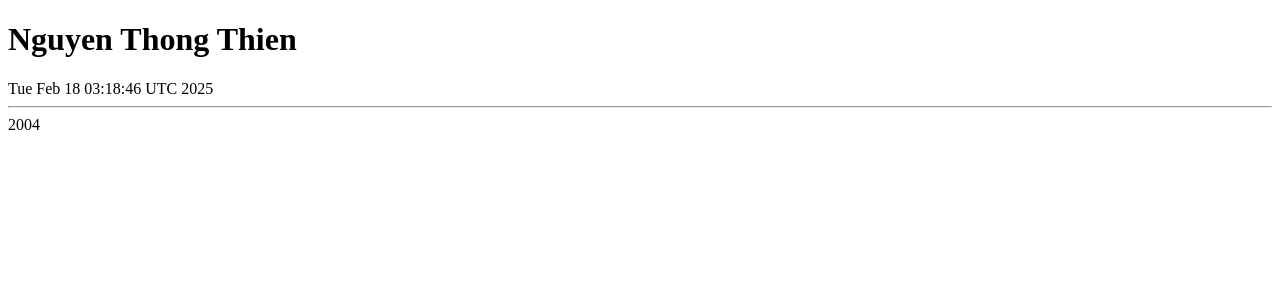
Repository: ThongThien/64132265_Web2
Page: http://localhost/HelloJSP/Index.jsp
These files come from the project's save history. The page is drawn as it stood at one moment and after the next save; the edit follows.
The browser window is 1280 px wide. The pictures show the whole page.
The page is served by Tomcat 9.

Above is the page before, as saved 2025-02-18 10:16:34.

After the next save:
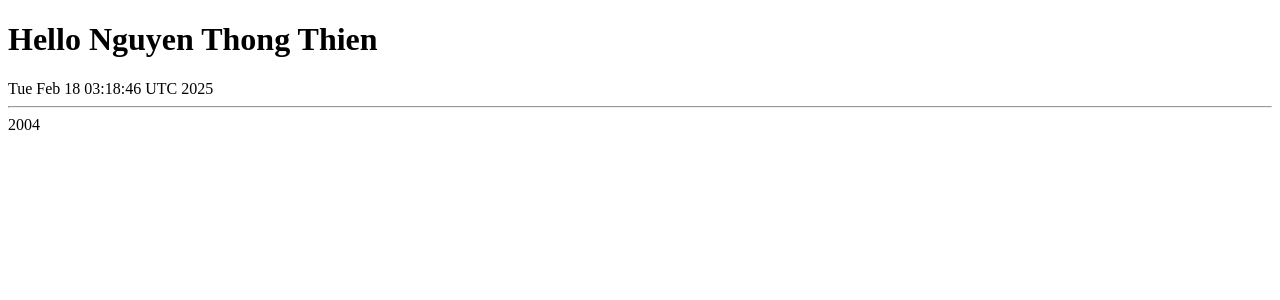
Saved 5 min 2 s later.
--- a/HelloJSP/src/main/webapp/Index.jsp
+++ b/HelloJSP/src/main/webapp/Index.jsp
@@ -9,7 +9,7 @@
 </head>
 <body>
 	<h1>
-		Nguyen Thong Thien
+		Hello Nguyen Thong Thien
 	</h1>
 	<%= new Date().toString()%>
 	<hr>
